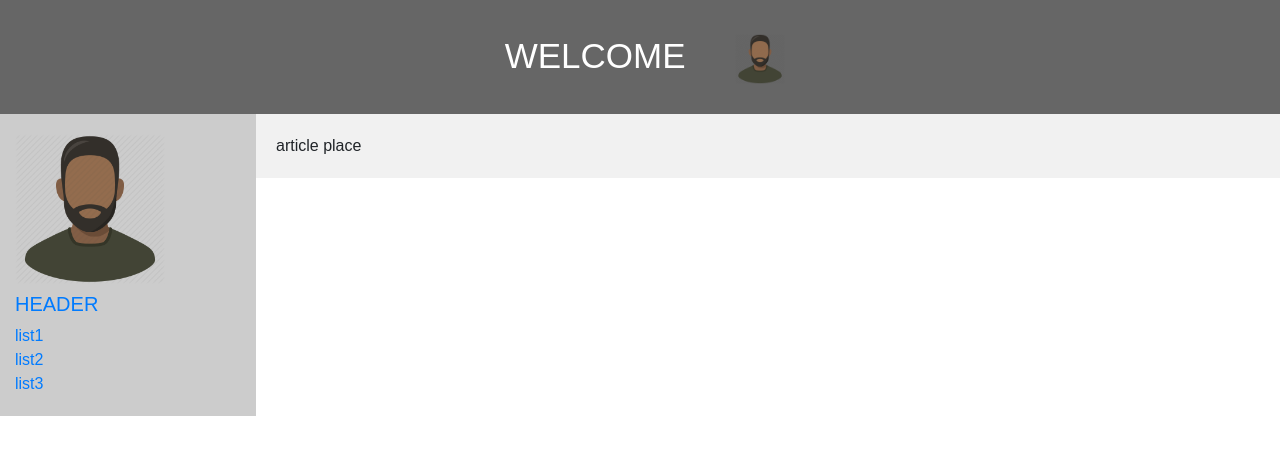
Repository: idrice24/IDRICE24-DASHBOARD
Page: html/header.html
The author's editor kept a copy of each file at every save. The page is drawn from the files as they stood at one save, then again after the next save.
The browser window is 1280 px wide. The pictures show the whole page.

Above is the page before, as saved 2020-09-03 23:46:22.

After the next save:
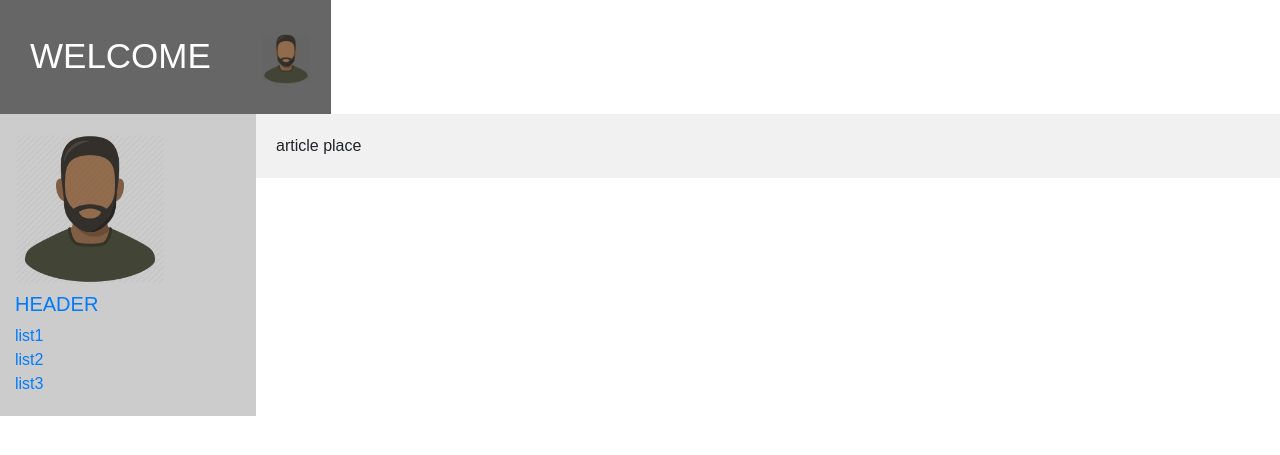
Saved 16 s later.
--- a/html/header.html
+++ b/html/header.html
@@ -12,7 +12,7 @@
 </head>
 
 <body>
-    <header>WELCOME
+    <header style="display:inline-block">WELCOME
         <div style="display:inline-block">
             <div class="col-md-4" style="display:inline-block">
                 <a href="../imgs/login2.PNG" class="thumbnail" style="display:inline-block">

After the save that followed:
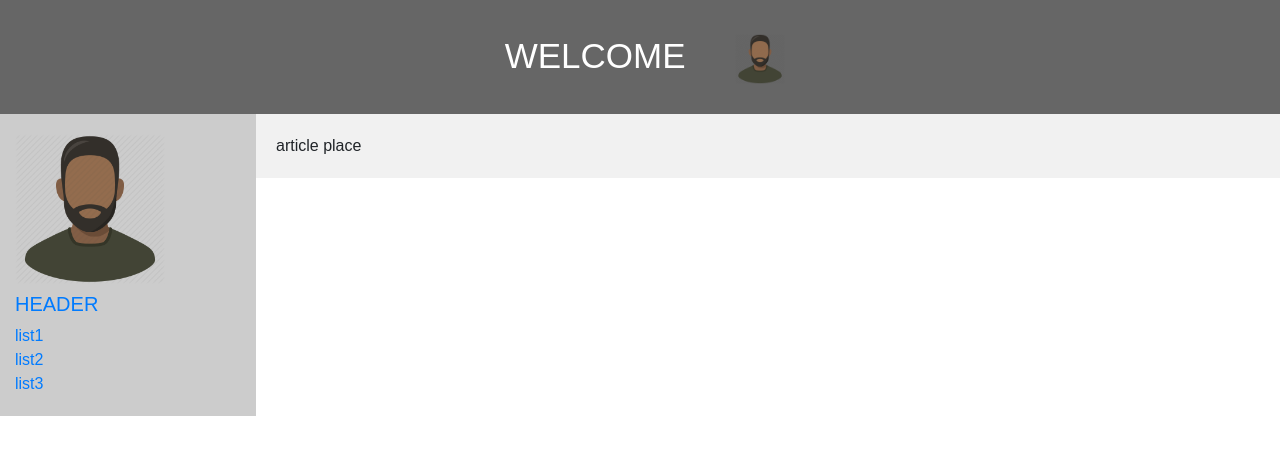
Saved 19 s later.
--- a/html/header.html
+++ b/html/header.html
@@ -12,7 +12,7 @@
 </head>
 
 <body>
-    <header style="display:inline-block">WELCOME
+    <header>WELCOME
         <div style="display:inline-block">
             <div class="col-md-4" style="display:inline-block">
                 <a href="../imgs/login2.PNG" class="thumbnail" style="display:inline-block">
